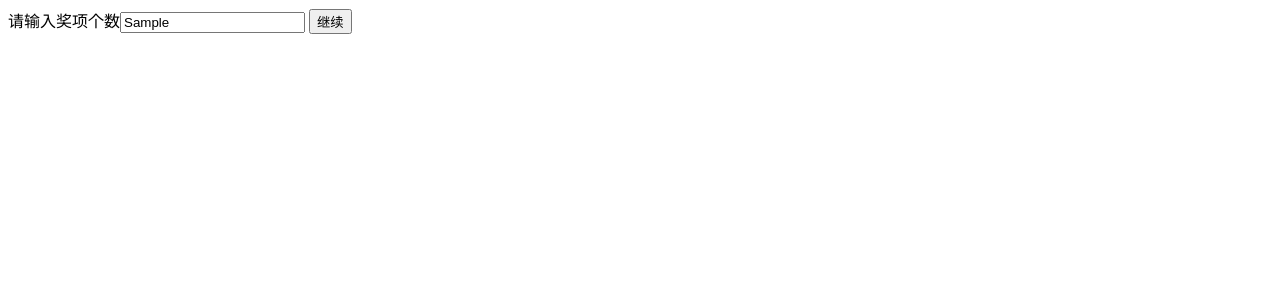
Repository: shadowofgost/Lab
Page: APPS/Lab1/Templates/index.html
The author's editor kept a copy of each file at every save. The page is drawn from the files as they stood at one save, then again after the next save.
The browser window is 1280 px wide. The pictures show the whole page.
Empty fields were first filled with sample values (such as "Sample", 5 or name@example.com).
After loading, the first visible `button` was clicked once.

Above is the page before, as saved 2021-09-23 11:44:53.

### APPS/Lab1/Templates/index.html
<html>
	<head>
		<meta charset="utf-8" />
		<title>设置抽奖信息</title>
	</head>
	<body>
        <form method="post">
            请输入奖项个数<input type="text" name="prize_number" id = "prize_number">
			<button type="button" name="continue"  onclick="set_prize()">继续</button>
			<div id="prize_settings">
			</div>
			<div id="participant_settings">
			</div>
        </form>
		<script type="text/javascript">
		function set_prize(){
			var prize_number = parseInt(document.getElementById("prize_number").value);
			for (var i = 1; i <= prize_number; i++) {
				var mytype,TemO=document.getElementById("prize_settings");
				var title = document.createElement("h3");
				title.innerHTML = i+"奖项数量设置";
				TemO.appendChild(title);
				var newInput = document.createElement("input");
				newInput.type="text";
				newInput.name="prize"+i;
				TemO.appendChild(newInput);
				var newline= document.createElement("br");
				TemO.appendChild(newline);
			}

		}
		</script>
	</body>
</html>

After the next save:
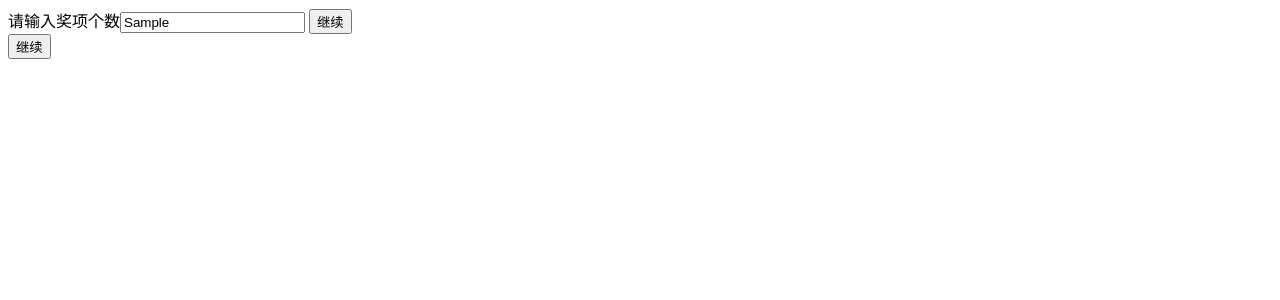
Saved 39 min 15 s later.
--- a/APPS/Lab1/Templates/index.html
+++ b/APPS/Lab1/Templates/index.html
@@ -4,31 +4,50 @@
 		<title>设置抽奖信息</title>
 	</head>
 	<body>
-        <form method="post">
-            请输入奖项个数<input type="text" name="prize_number" id = "prize_number">
-			<button type="button" name="continue"  onclick="set_prize()">继续</button>
-			<div id="prize_settings">
-			</div>
-			<div id="participant_settings">
-			</div>
-        </form>
+		<form method="post">
+			请输入奖项个数<input
+				type="text"
+				name="prize_number"
+				id="prize_number"
+			/>
+			<button type="button" name="continue" onclick="set_prize()">
+				继续
+			</button>
+			<div id="prize_settings"></div>
+			<div id="participant_settings"></div>
+		</form>
 		<script type="text/javascript">
-		function set_prize(){
-			var prize_number = parseInt(document.getElementById("prize_number").value);
-			for (var i = 1; i <= prize_number; i++) {
-				var mytype,TemO=document.getElementById("prize_settings");
-				var title = document.createElement("h3");
-				title.innerHTML = i+"奖项数量设置";
-				TemO.appendChild(title);
-				var newInput = document.createElement("input");
-				newInput.type="text";
-				newInput.name="prize"+i;
-				TemO.appendChild(newInput);
-				var newline= document.createElement("br");
-				TemO.appendChild(newline);
+			function set_prize() {
+				var prize_number = parseInt(
+					document.getElementById("prize_number").value
+				);
+				for (var i = 1; i <= prize_number; i++) {
+					var mytype,
+						TemO = document.getElementById("prize_settings");
+					var title = document.createElement("h4");
+					title.innerHTML = i + "等奖项数量设置";
+					TemO.appendChild(title);
+					var newInput = document.createElement("input");
+					newInput.type = "text";
+					newInput.name = "prize" + i;
+					newInput.id = "prize" + i;
+					newInput.value = 0;
+					TemO.appendChild(newInput);
+					var newline = document.createElement("br");
+					TemO.appendChild(newline);
+				}
+				var mytype,
+					TemO = document.getElementById("prize_settings");
+				var button = document.createElement("button");
+				button.type = "button";
+				button.name = "continue";
+				button.onclick = "set_participant()";
+				button.innerHTML = "继续";
+				TemO.appendChild(button);
 			}
+			function set_participant() {
 
-		}
+			}
 		</script>
 	</body>
 </html>
